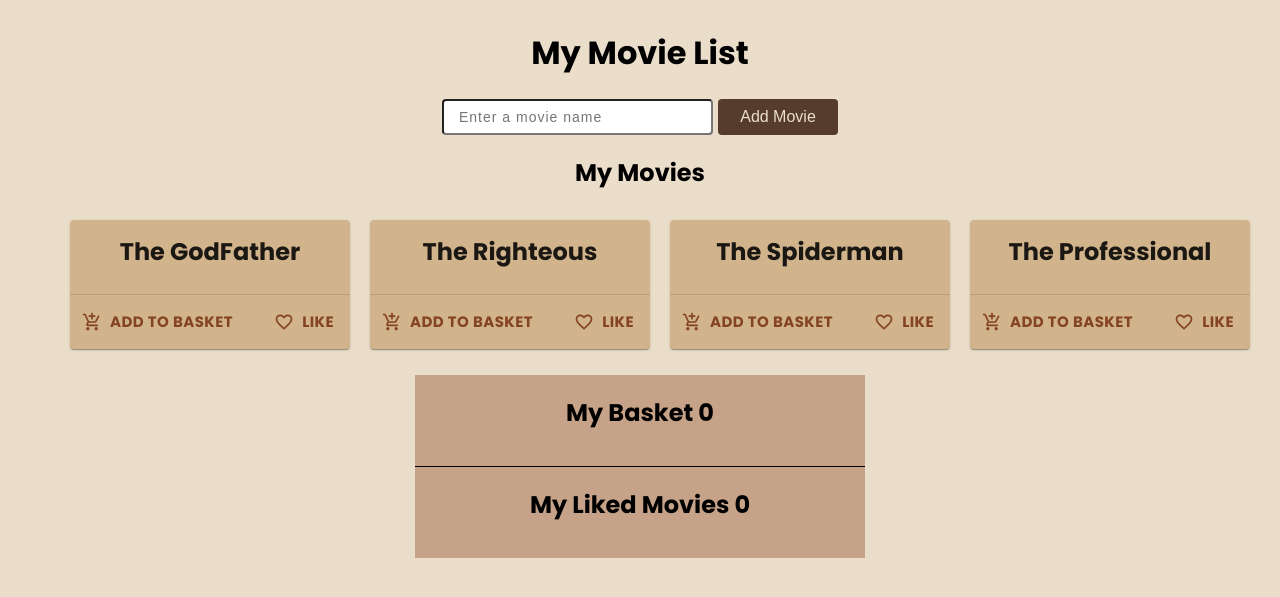
Repository: sinchana-p-iVoyant/redux-movie-store
Page: /
These files come from the project's save history. The page is drawn as it stood at one moment and after a run of saves; the edit follows.
The browser window is 1280 px wide. The pictures show the whole page.
The project was rebuilt for these pictures with package versions that can differ from the ones it lists, and the page was loaded fresh each time. Also part of the build but not shown: vite.config.ts.

Above is the page before, as saved 2024-02-15 13:10:34.

After the next 11 saves:
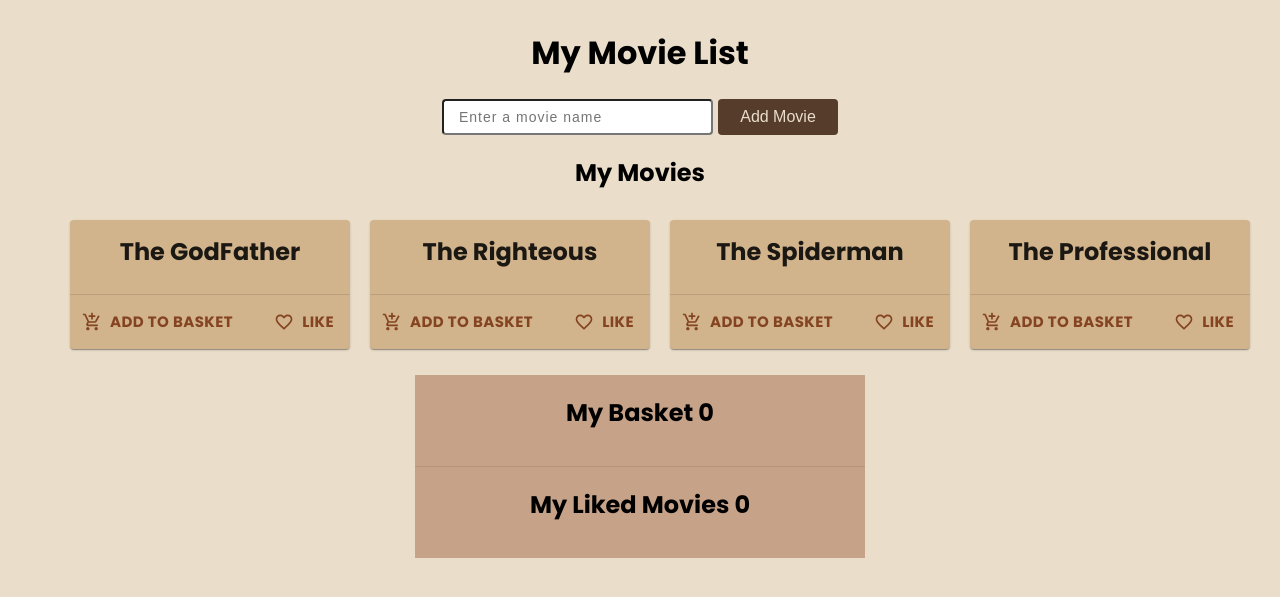
The 11 saves are shown as one change because they came seconds apart.
The last was saved 25 s later.
--- a/src/App.css
+++ b/src/App.css
@@ -86,7 +86,7 @@ input {
 }
 
 .basket-container {
-  border-bottom: 1px solid black;
+  border-bottom: 1px solid rgba(0, 0, 0, 0.085);
 }
 
 .basket-container-list, .liked-container-list {
